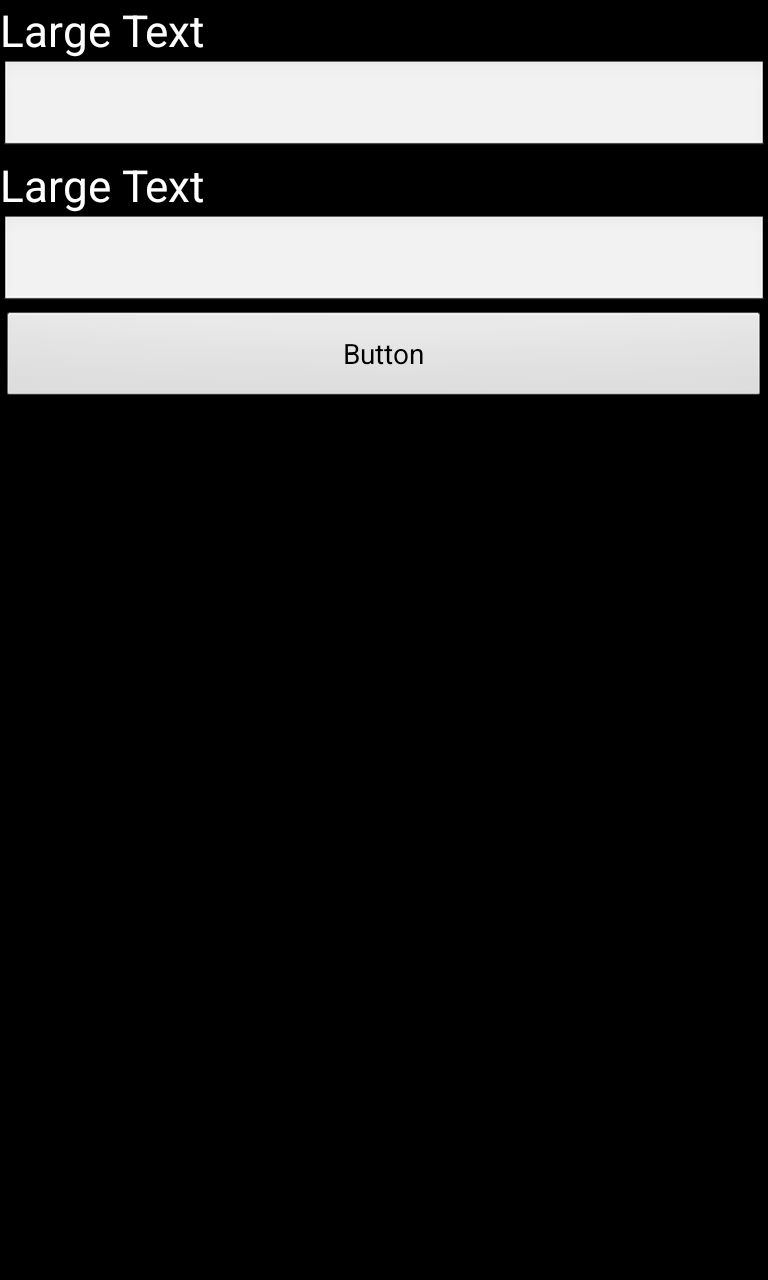
Repository: chabashilah/senstat
Layout: android/bluetooth_test/res/layout/login.xml
The author's editor kept a copy of each file at every save. The layout is drawn from the files as they stood at one save, then again after the next save.
It is drawn on a 768 x 1280 px phone screen (xhdpi) without system bars, with theme android:Theme; the app's code is not run.

Above is the layout before, as saved 2012-04-19 06:20:00.

### android/bluetooth_test/res/layout/login.xml
<?xml version="1.0" encoding="UTF-8"?>
<LinearLayout xmlns:android="http://schemas.android.com/apk/res/android"
    android:layout_width="fill_parent"
    android:layout_height="fill_parent"
    android:orientation="vertical" >

    <TextView
        android:id="@+id/login_label"
        android:layout_width="wrap_content"
        android:layout_height="wrap_content"
        android:text="Large Text"
        android:textAppearance="?android:attr/textAppearanceLarge" />

	<EditText
	    android:id="@+id/email"
        android:layout_width="fill_parent"
        android:layout_height="wrap_content" />

	<TextView
	    android:id="@+id/password_label"
	    android:layout_width="wrap_content"
	    android:layout_height="wrap_content"
	    android:text="Large Text"
	    android:textAppearance="?android:attr/textAppearanceLarge" />

	<EditText
	    android:id="@+id/password"
        android:layout_width="fill_parent"
        android:layout_height="wrap_content" />
    <Button
        android:id="@+id/login_button"
        android:layout_width="fill_parent"
        android:layout_height="wrap_content"
        android:text="Button" />

</LinearLayout>

After the next save:
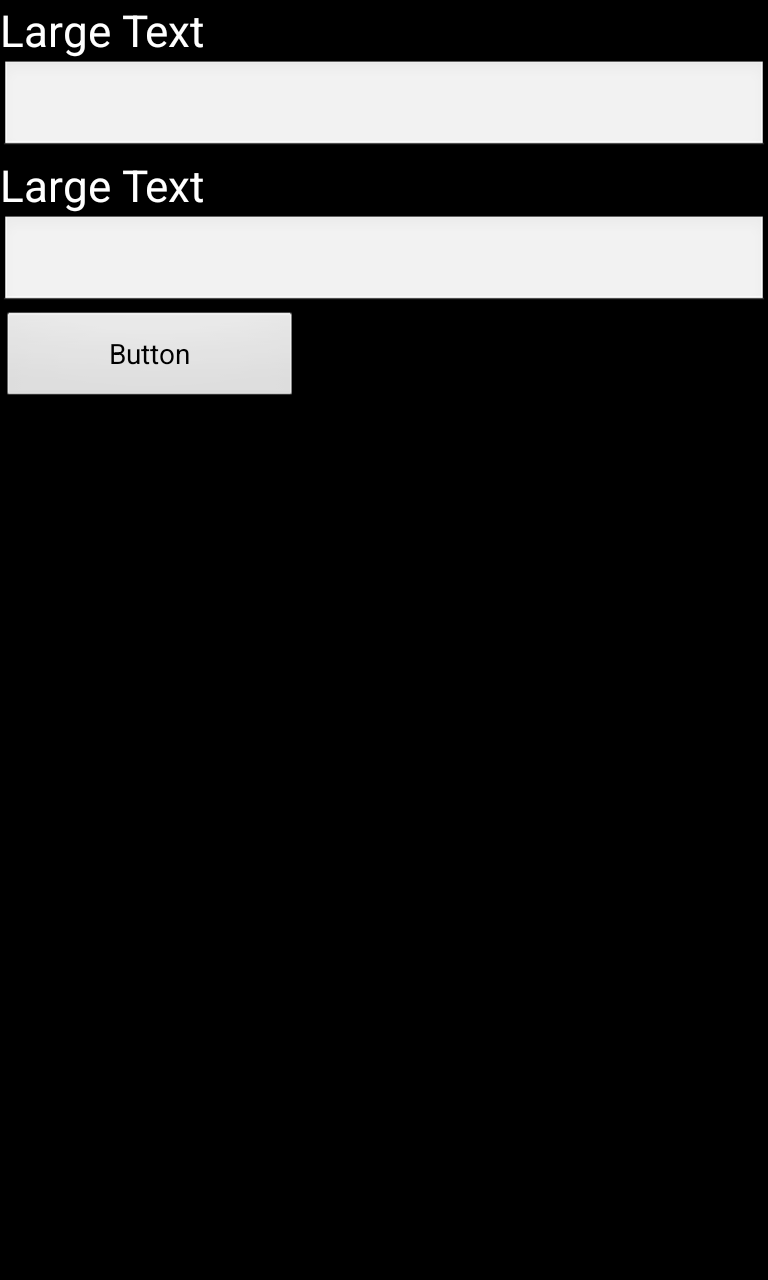
Saved 2 min 29 s later.
--- a/android/bluetooth_test/res/layout/login.xml
+++ b/android/bluetooth_test/res/layout/login.xml
@@ -27,10 +27,11 @@
 	    android:id="@+id/password"
         android:layout_width="fill_parent"
         android:layout_height="wrap_content" />
-    <Button
-        android:id="@+id/login_button"
-        android:layout_width="fill_parent"
-        android:layout_height="wrap_content"
-        android:text="Button" />
+
+	<Button
+	    android:id="@+id/login_button"
+	    android:layout_width="150dp"
+	    android:layout_height="wrap_content"
+	    android:text="Button" />
 
 </LinearLayout>
